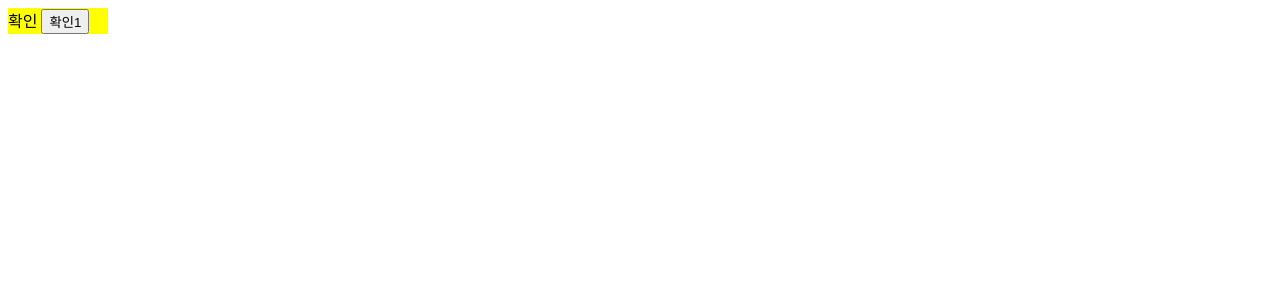
Repository: IreneCho/sk
Page: jqueryTest/WebContent/day13/o.html
These files come from the project's save history. The page is drawn as it stood at one moment and after the next save; the edit follows.
The browser window is 1280 px wide. The pictures show the whole page.
Some web libraries are served in a nearby version.

Above is the page before, as saved 2016-08-16 02:26:51.

After the next save:
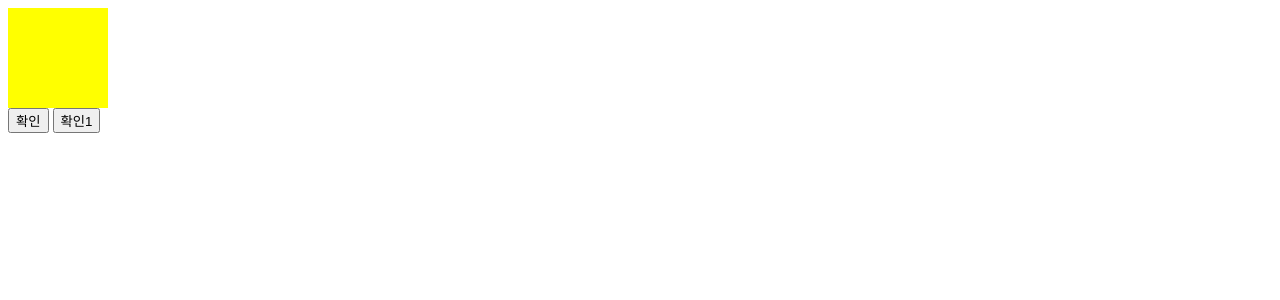
Console error: SyntaxError: Invalid or unexpected token
Saved 101 s later.
--- a/jqueryTest/WebContent/day13/o.html
+++ b/jqueryTest/WebContent/day13/o.html
@@ -5,7 +5,7 @@
 <title>Insert title here</title>
 </head>
 <body>
-	<div id="mydiv" style="background-color:yellow;width:100px;height:100px></div>
+	<div id="mydiv" style="background-color:yellow;width:100px;height:100px"></div>
 	<button id="mybtn">확인</button>
 	<button id="mybtn1" onclick="fn()">확인1</button>
 </body>
@@ -15,7 +15,12 @@
 	function init(){
 	//	$('#mybtn').click(btnClick)
 	//	$('#mybtn').bind("click", btnClick)
-		$('#mybtn').on("click", btnClick) //bind, unbind처럼 on, off
+	//	$('#mybtn').on("click", btnClick) //bind, unbind처럼 on, off
+		$('#mydiv").click(divClick)
+	}
+
+	function divClick() {
+
 	}
 	function btnClick() {
 		alert('call')
